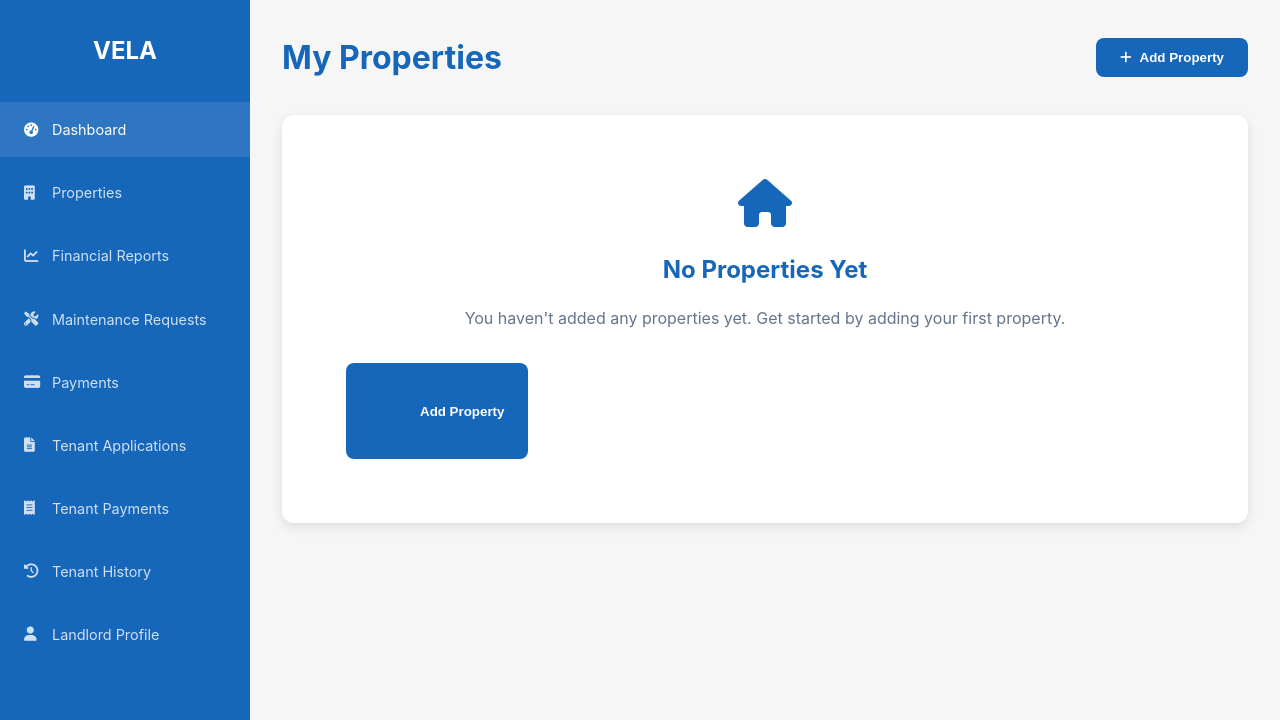
Repository: rizzerk/vela
Page: http://localhost/vela/LANDLORD/properties.php
An editor plug-in stored every save of this project. The page is shown before and after the next save, followed by the edit.
The browser window is 1280 px wide. The pictures show the whole page.
The page is run by PHP 8.4 with error messages shown; the project is at /var/www/html/. Queries for data that is not in the repository find no rows.

Above is the page before, as saved 2025-06-28 18:22:39.

After the next save:
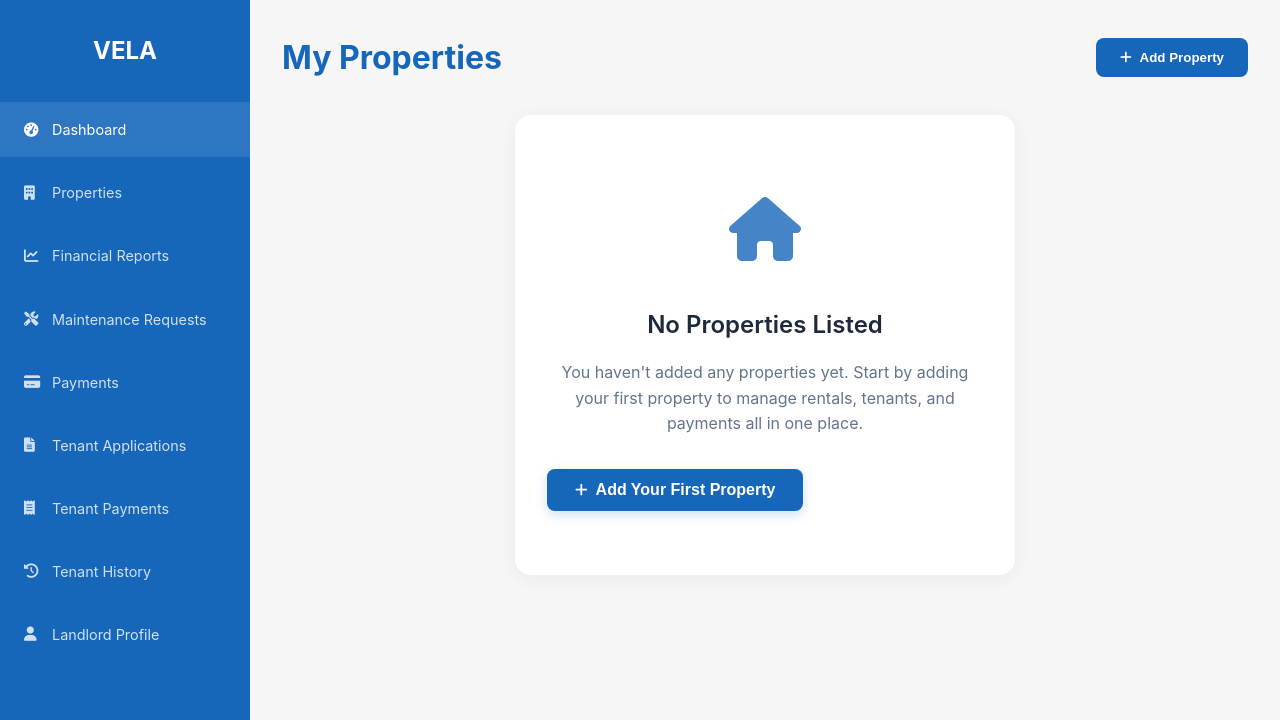
Saved 9 min 14 s later.
--- a/LANDLORD/properties.php
+++ b/LANDLORD/properties.php
@@ -197,29 +197,52 @@ $properties = mysqli_fetch_all($result, MYSQLI_ASSOC);
         }
 
         .empty-state {
-            text-align: center;
-            padding: 4rem;
-            background: white;
-            border-radius: 12px;
-            box-shadow: 0 4px 12px rgba(0, 0, 0, 0.1);
-        }
-
-        .empty-state i {
-            font-size: 3rem;
-            color: #1666ba;
-            margin-bottom: 1.5rem;
-        }
-
-        .empty-state h3 {
-            font-size: 1.5rem;
-            margin-bottom: 1rem;
-            color: #1666ba;
-        }
-
-        .empty-state p {
-            color: #64748b;
-            margin-bottom: 2rem;
-        }
+    text-align: center;
+    padding: 4rem 2rem;
+    background: white;
+    border-radius: 16px;
+    box-shadow: 0 4px 20px rgba(0, 0, 0, 0.05);
+    max-width: 500px;
+    margin: 2rem auto;
+    transition: all 0.3s ease;
+}
+
+.empty-state:hover {
+    box-shadow: 0 8px 30px rgba(0, 0, 0, 0.1);
+    transform: translateY(-2px);
+}
+
+.empty-state-icon {
+    font-size: 4rem;
+    color: #1666ba;
+    margin-bottom: 1.5rem;
+    opacity: 0.8;
+}
+
+.empty-state h3 {
+    font-size: 1.5rem;
+    margin-bottom: 1rem;
+    color: #1e293b;
+    font-weight: 600;
+}
+
+.empty-state p {
+    color: #64748b;
+    margin-bottom: 2rem;
+    line-height: 1.6;
+    font-size: 1rem;
+}
+
+.empty-state .add-property-btn {
+    padding: 0.75rem 1.75rem;
+    font-size: 1rem;
+    border-radius: 8px;
+    box-shadow: 0 4px 12px rgba(22, 102, 186, 0.2);
+}
+
+.empty-state .add-property-btn i {
+    font-size: 0.9rem;
+}
 
         @media (max-width: 1024px) {
             .properties-grid {
@@ -257,14 +280,16 @@ $properties = mysqli_fetch_all($result, MYSQLI_ASSOC);
         </div>
 
         <?php if (empty($properties)): ?>
-            <div class="empty-state">
-                <i class="fas fa-home"></i>
-                <h3>No Properties Yet</h3>
-                <p>You haven't added any properties yet. Get started by adding your first property.</p>
-                <button class="add-property-btn" onclick="window.location.href='add-property.php'">
-                    <i class="fas fa-plus"></i> Add Property
-                </button>
-            </div>
+              <div class="empty-state">
+              <div class="empty-state-icon">
+                  <i class="fas fa-home"></i>
+              </div>
+              <h3>No Properties Listed</h3>
+              <p>You haven't added any properties yet. Start by adding your first property to manage rentals, tenants, and payments all in one place.</p>
+              <button class="add-property-btn" onclick="window.location.href='add-property.php'">
+                  <i class="fas fa-plus"></i> Add Your First Property
+              </button>
+          </div>
         <?php else: ?>
             <div class="properties-grid">
                 <?php foreach ($properties as $property): ?>
